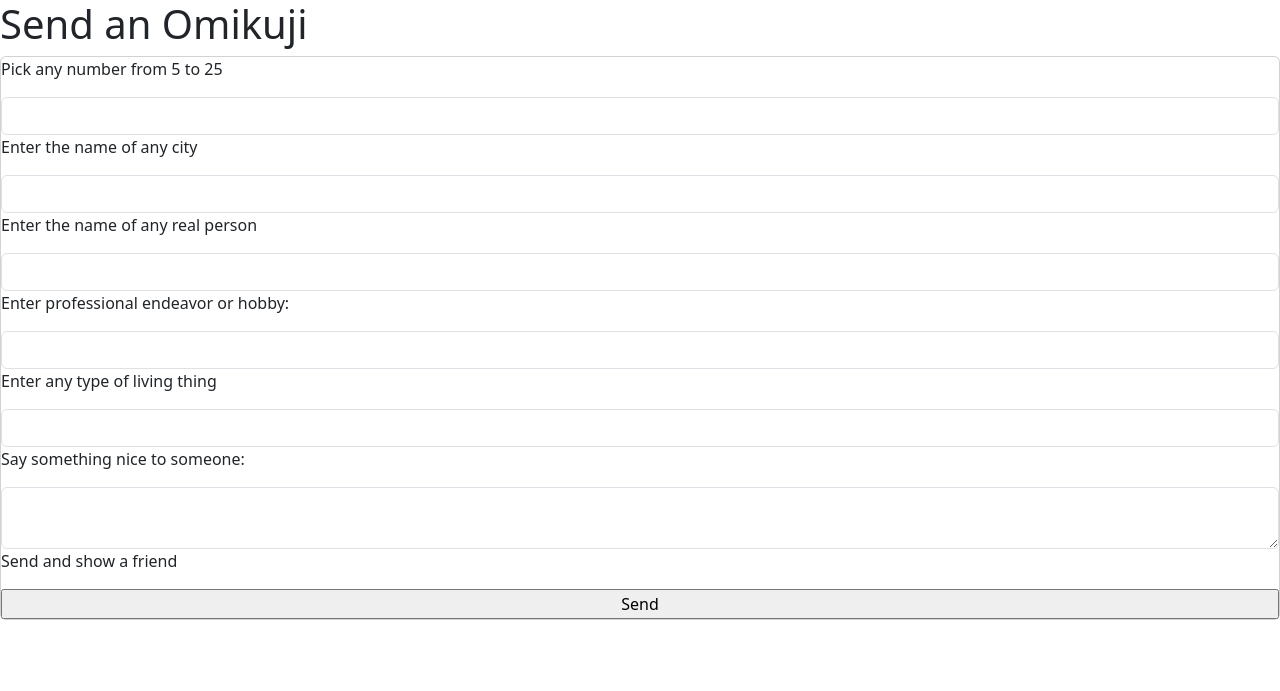
Repository: ShathaMorales/Java-Stack
Page: http://localhost/OmikujiForm/WEB-INF/index.jsp
These files come from the project's save history. The page is drawn as it stood at one moment and after the next save; the edit follows.
The browser window is 1280 px wide. The pictures show the whole page.
The page is served by Tomcat 10. Nobody is signed in. The template is opened directly, without the code that normally fills it, so the values that code supplies are empty.

Above is the page before, as saved 2023-05-06 10:33:57.

After the next save:
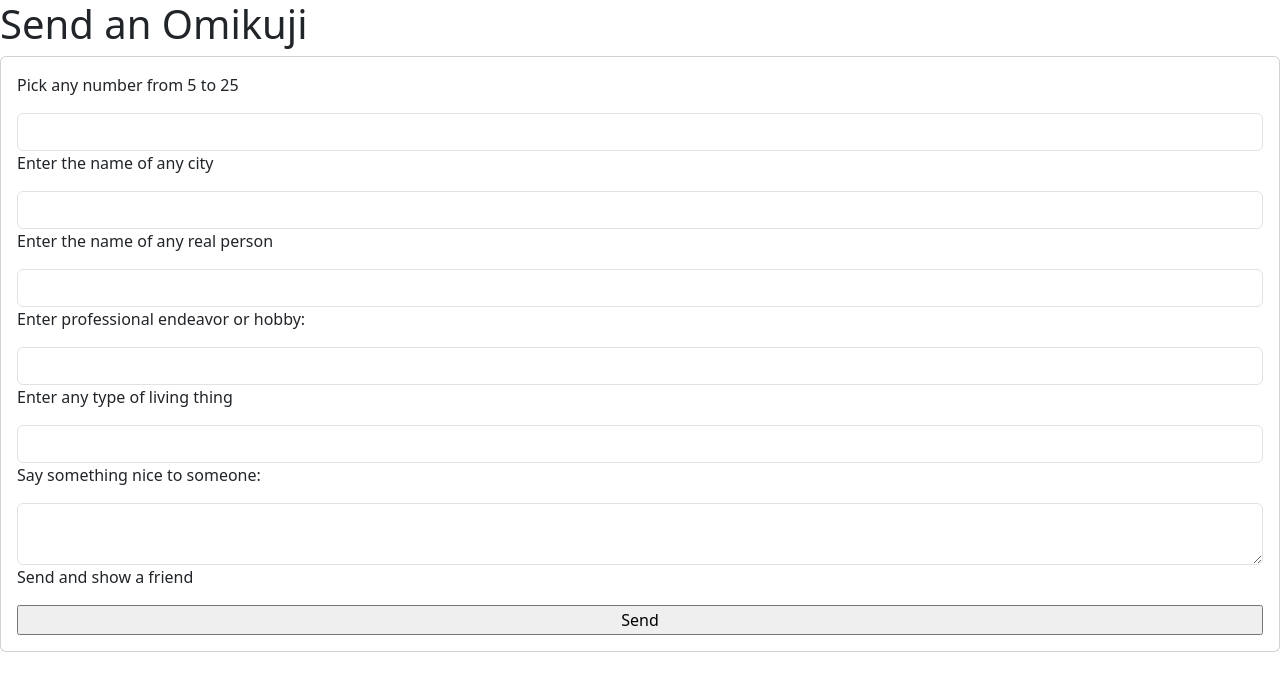
Saved 72 s later.
--- a/_java/JavaSpring/OmikujiForm/OmikujiForm/src/main/webapp/WEB-INF/index.jsp
+++ b/_java/JavaSpring/OmikujiForm/OmikujiForm/src/main/webapp/WEB-INF/index.jsp
@@ -11,7 +11,7 @@
 </head>
 <body>
 	<h1>Send an Omikuji</h1>
-	<form class="card" action="/omikuji/handle" method="POST">
+	<form class="card p-3 bg" action="/omikuji/handle" method="POST">
 		<p><label>Pick any number from 5 to 25</label></p>
 		<input class="form-control" type="number" name="number">
 
